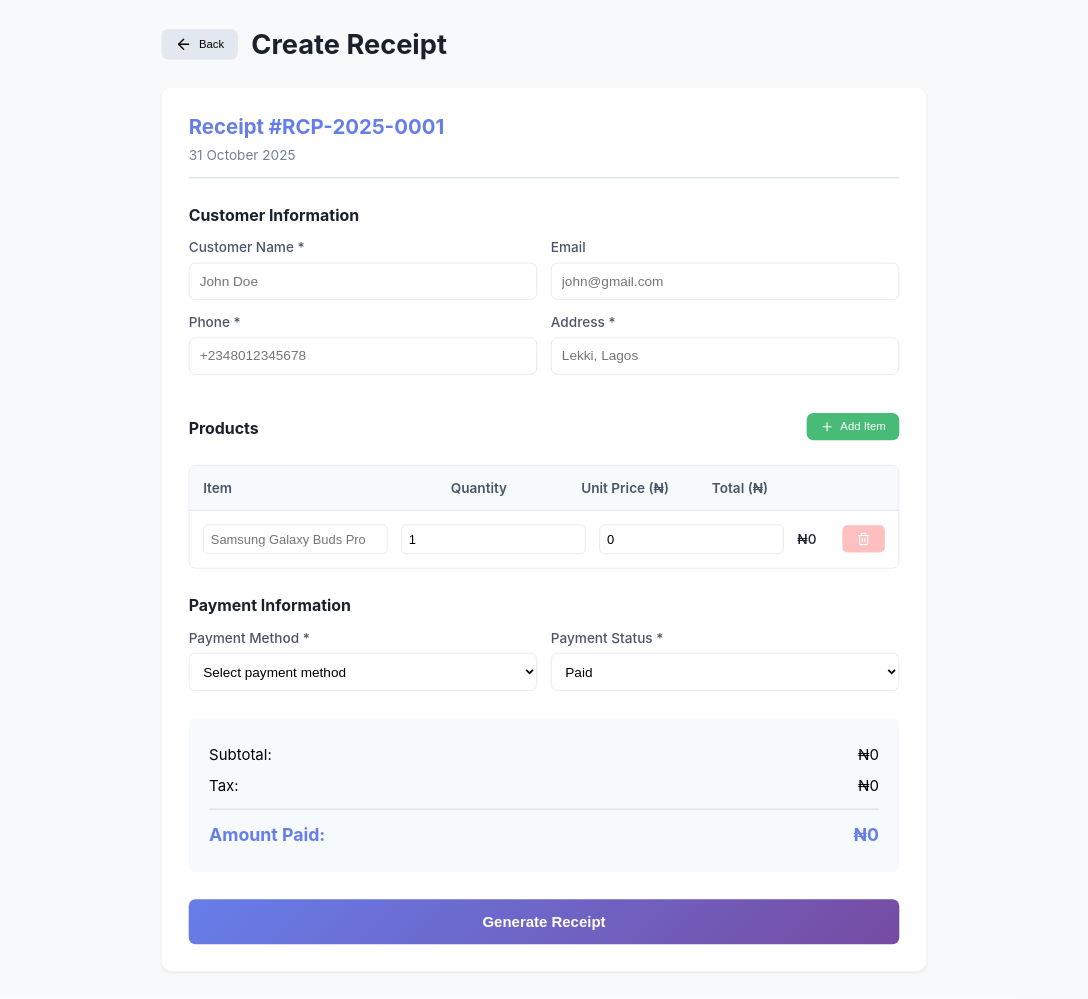
Repository: Manny1294/prescotech-receipt-generator
Page: /create
These files come from the project's save history. The page is drawn as it stood at one moment and after the next save; the edit follows.
The browser window is 1280 px wide. The pictures show the whole page, at 85% of full size.
The project was rebuilt for these pictures with package versions that can differ from the ones it lists, and the page was loaded fresh each time. Also part of the build but not shown: vite.config.js, src/stores/invoiceStore.js, src/components/ReceiptList.vue, src/views/HomeView.vue, src/components/ReceiptPreview.vue.

Above is the page before, as saved 2025-10-31 17:13:22.

### index.html
<!doctype html>
<html lang="">
  <head>
    <meta charset="UTF-8" />
    <link rel="icon" href="/favicon.ico" />
    <meta name="viewport" content="width=device-width, initial-scale=1.0" />
    <title>Presco Tech</title>
  </head>
  <body>
    <div id="app"></div>
    <script type="module" src="/src/main.js"></script>
  </body>
</html>

### src/App.vue
<template>
  <div id="app">
    <router-view />
  </div>
</template>

<script setup></script>

<style>
body {
  margin: 0;
  font-family: 'Inter', sans-serif;
  background-color: #f8f9fa;
}
</style>

### src/router/index.js
import { createRouter, createWebHistory } from 'vue-router'
import HomeView from '../views/HomeView.vue'
import CreateReceiptView from '../views/CreateReceiptView.vue'

const router = createRouter({
  history: createWebHistory(import.meta.env.BASE_URL),
  routes: [
    {
      path: '/',
      name: 'home',
      component: HomeView,
    },
    {
      path: '/create',
      name: 'create',
      component: CreateReceiptView,
    },
  ],
})

export default router

### src/views/CreateReceiptView.vue
<template>
  <div class="create-container">
    <div class="header">
      <button @click="goBack" class="btn-back">
        <ArrowLeftIcon :size="20" />
        Back
      </button>
      <h1>Create Receipt</h1>
    </div>

    <div v-if="!showPreview">
      <ReceiptForm
        :receipt-number="receiptNumber"
        :initial-data="receiptData"
        @generate="handleGenerate"
      />
    </div>

    <div v-else>
      <ReceiptPreview :receipt="receiptData" @back="showPreview = false" @save="handleSave" />
    </div>
  </div>
</template>

<script setup>
import { ref, onMounted } from 'vue'
import { useRouter } from 'vue-router'
import { ArrowLeft as ArrowLeftIcon } from 'lucide-vue-next'
import { useReceiptStore } from '../stores/receiptStore'
import ReceiptForm from '../components/ReceiptForm.vue'
import ReceiptPreview from '../components/ReceiptPreview.vue'

const router = useRouter()
const receiptStore = useReceiptStore()

const receiptNumber = ref('')
const showPreview = ref(false)
const receiptData = ref(null)

onMounted(() => {
  receiptNumber.value = receiptStore.generateReceiptNumber()
})

const goBack = () => {
  router.push('/')
}

const handleGenerate = (data) => {
  receiptData.value = data
  showPreview.value = true
}

const handleSave = async () => {
  const saved = await receiptStore.saveReceipt(receiptData.value)
  if (saved) {
    alert('Receipt saved successfully!')
    router.push('/')
  }
}
</script>

<style scoped>
.create-container {
  max-width: 900px;
  margin: 0 auto;
  padding: 2rem;
}

.header {
  display: flex;
  align-items: center;
  gap: 1rem;
  margin-bottom: 2rem;
}

.btn-back {
  background: #e2e8f0;
  border: none;
  padding: 0.5rem 1rem;
  border-radius: 8px;
  cursor: pointer;
  display: flex;
  align-items: center;
  gap: 0.5rem;
  font-weight: 500;
}

.btn-back:hover {
  background: #cbd5e0;
}

h1 {
  font-size: 2rem;
  color: #1a202c;
  margin: 0;
}
</style>

### src/stores/receiptStore.js
import { defineStore } from 'pinia'
import { ref } from 'vue'

export const useReceiptStore = defineStore('receipt', () => {
  const receipts = ref([])
  const currentReceipt = ref(null)

  const loadReceipts = async () => {
    try {
      const result = await window.storage.list('receipt:')
      if (result && result.keys) {
        const receiptData = await Promise.all(
          result.keys.map(async (key) => {
            try {
              const data = await window.storage.get(key)
              return data ? JSON.parse(data.value) : null
            } catch {
              return null
            }
          }),
        )
        receipts.value = receiptData.filter((rec) => rec !== null)
      }
    } catch (error) {
      console.log('No receipts yet')
    }
  }

  const generateReceiptNumber = () => {
    const year = new Date().getFullYear()
    const count = receipts.value.length + 1
    return `RCP-${year}-${String(count).padStart(4, '0')}`
  }

  const saveReceipt = async (receipt) => {
    try {
      await window.storage.set(`receipt:${receipt.receiptNumber}`, JSON.stringify(receipt))
      await loadReceipts()
      return true
    } catch (error) {
      console.error('Error saving receipt:', error)
      return false
    }
  }

  const deleteReceipt = async (receiptNumber) => {
    try {
      await window.storage.delete(`receipt:${receiptNumber}`)
      await loadReceipts()
      return true
    } catch (error) {
      console.error('Error deleting receipt:', error)
      return false
    }
  }

  return {
    receipts,
    currentReceipt,
    loadReceipts,
    generateReceiptNumber,
    saveReceipt,
    deleteReceipt,
  }
})

### src/components/ReceiptForm.vue
<template>
  <div class="form-container">
    <div class="receipt-header">
      <h2>Receipt #{{ receiptNumber }}</h2>
      <p class="date">{{ currentDate }}</p>
    </div>

    <form @submit.prevent="generateReceipt">
      <div class="section">
        <h3>Customer Information</h3>
        <div class="form-grid">
          <div class="form-group">
            <label>Customer Name *</label>
            <input v-model="formData.customerName" type="text" required placeholder="John Doe" />
          </div>
          <div class="form-group">
            <label>Email</label>
            <input v-model="formData.customerEmail" type="email" placeholder="john@gmail.com" />
          </div>
          <div class="form-group">
            <label>Phone *</label>
            <input
              v-model="formData.customerPhone"
              type="tel"
              required
              placeholder="+2348012345678"
            />
          </div>
          <div class="form-group">
            <label>Address *</label>
            <input
              v-model="formData.customerAddress"
              type="text"
              required
              placeholder="Lekki, Lagos"
            />
          </div>
        </div>
      </div>

      <div class="section">
        <div class="section-header">
          <h3>Products</h3>
          <button type="button" @click="addItem" class="btn-add">
            <PlusIcon :size="16" />
            Add Item
          </button>
        </div>

        <div class="items-table">
          <div class="table-header">
            <div>Item</div>
            <div>Quantity</div>
            <div>Unit Price (₦)</div>
            <div>Total (₦)</div>
            <div></div>
          </div>

          <div v-for="(item, index) in formData.items" :key="index" class="table-row">
            <input v-model="item.name" type="text" required placeholder="Samsung Galaxy Buds Pro" />
            <input v-model.number="item.quantity" type="number" min="1" required />
            <input
              v-model.number="item.price"
              type="number"
              min="0"
              required
              placeholder="120000"
            />
            <div class="total-cell">
              {{ formatCurrency(item.quantity * item.price) }}
            </div>
            <button
              type="button"
              @click="removeItem(index)"
              class="btn-remove"
              :disabled="formData.items.length === 1"
            >
              <Trash2Icon :size="16" />
            </button>
          </div>
        </div>
      </div>

      <div class="section">
        <h3>Payment Information</h3>
        <div class="form-grid">
          <div class="form-group">
            <label>Payment Method *</label>
            <select v-model="formData.paymentMethod" required>
              <option value="">Select payment method</option>
              <option value="Cash">Cash</option>
              <option value="Bank Transfer">Bank Transfer</option>
              <option value="POS">POS</option>
              <option value="Mobile Money">Mobile Money</option>
              <option value="USSD">USSD</option>
            </select>
          </div>
          <div class="form-group">
            <label>Payment Status *</label>
            <select v-model="formData.paymentStatus" required>
              <option value="Paid">Paid</option>
              <option value="Partial">Partial Payment</option>
            </select>
          </div>
        </div>
      </div>

      <div class="totals">
        <div class="total-row">
          <span>Subtotal:</span>
          <span>{{ formatCurrency(calculateSubtotal()) }}</span>
        </div>
        <div class="total-row">
          <span>Tax:</span>
          <span>₦0</span>
        </div>
        <div class="total-row grand-total">
          <span>Amount Paid:</span>
          <span>{{ formatCurrency(calculateSubtotal()) }}</span>
        </div>
      </div>

      <button type="submit" class="btn-generate">Generate Receipt</button>
    </form>
  </div>
</template>

<script setup>
import { ref, computed } from 'vue'
import { Plus as PlusIcon, Trash2 as Trash2Icon } from 'lucide-vue-next'

const props = defineProps({
  receiptNumber: String,
  initialData: Object,
})

const emit = defineEmits(['generate'])

const formData = ref({
  customerName: '',
  customerEmail: '',
  customerPhone: '',
  customerAddress: '',
  items: [{ name: '', quantity: 1, price: 0 }],
  paymentMethod: '',
  paymentStatus: 'Paid',
})

// Load initial data if editing
if (props.initialData) {
  formData.value = {
    customerName: props.initialData.customer.name,
    customerEmail: props.initialData.customer.email,
    customerPhone: props.initialData.customer.phone,
    customerAddress: props.initialData.customer.address,
    items: props.initialData.items.map((item) => ({ ...item })),
    paymentMethod: props.initialData.paymentMethod,
    paymentStatus: props.initialData.paymentStatus,
  }
}

const currentDate = computed(() => {
  return new Date().toLocaleDateString('en-NG', {
    year: 'numeric',
    month: 'long',
    day: 'numeric',
  })
})

const addItem = () => {
  formData.value.items.push({ name: '', quantity: 1, price: 0 })
}

const removeItem = (index) => {
  if (formData.value.items.length > 1) {
    formData.value.items.splice(index, 1)
  }
}

const calculateSubtotal = () => {
  return formData.value.items.reduce((sum, item) => {
    return sum + item.quantity * item.price
  }, 0)
}

const formatCurrency = (amount) => {
  return `₦${amount.toLocaleString('en-NG')}`
}

const generateReceipt = () => {
  const receipt = {
    receiptNumber: props.receiptNumber,
    date: new Date().toISOString(),
    customer: {
      name: formData.value.customerName,
      email: formData.value.customerEmail,
      phone: formData.value.customerPhone,
      address: formData.value.customerAddress,
    },
    items: formData.value.items,
    paymentMethod: formData.value.paymentMethod,
    paymentStatus: formData.value.paymentStatus,
    subtotal: calculateSubtotal(),
    tax: 0,
    total: calculateSubtotal(),
  }

  emit('generate', receipt)
}
</script>

<style scoped>
.form-container {
  background: white;
  border-radius: 12px;
  padding: 2rem;
  box-shadow: 0 1px 3px rgba(0, 0, 0, 0.1);
}

.receipt-header {
  margin-bottom: 2rem;
  padding-bottom: 1rem;
  border-bottom: 2px solid #e2e8f0;
}

.receipt-header h2 {
  color: #667eea;
  margin: 0 0 0.5rem 0;
}

.date {
  color: #718096;
  margin: 0;
}

.section {
  margin-bottom: 2rem;
}

.section h3 {
  color: #1a202c;
  margin-bottom: 1rem;
}

.section-header {
  display: flex;
  justify-content: space-between;
  align-items: center;
  margin-bottom: 1rem;
}

.form-grid {
  display: grid;
  grid-template-columns: repeat(2, 1fr);
  gap: 1rem;
}

.form-group {
  display: flex;
  flex-direction: column;
}

.form-group label {
  font-weight: 500;
  margin-bottom: 0.5rem;
  color: #4a5568;
}

.form-group input {
  padding: 0.75rem;
  border: 1px solid #e2e8f0;
  border-radius: 8px;
  font-size: 1rem;
}

.form-group select {
  padding: 0.75rem;
  border: 1px solid #e2e8f0;
  border-radius: 8px;
  font-size: 1rem;
  background: white;
  cursor: pointer;
}

.form-group input:focus,
.form-group select:focus {
  outline: none;
  border-color: #667eea;
}

.btn-add {
  background: #48bb78;
  color: white;
  border: none;
  padding: 0.5rem 1rem;
  border-radius: 8px;
  cursor: pointer;
  display: flex;
  align-items: center;
  gap: 0.5rem;
  font-weight: 500;
}

.btn-add:hover {
  background: #38a169;
}

.items-table {
  border: 1px solid #e2e8f0;
  border-radius: 8px;
  overflow: hidden;
}

.table-header {
  display: grid;
  grid-template-columns: 2fr 1fr 1fr 1fr 50px;
  gap: 1rem;
  padding: 1rem;
  background: #f7fafc;
  font-weight: 600;
  color: #4a5568;
}

.table-row {
  display: grid;
  grid-template-columns: 2fr 1fr 1fr 1fr 50px;
  gap: 1rem;
  padding: 1rem;
  border-top: 1px solid #e2e8f0;
  align-items: center;
}

.table-row input {
  padding: 0.5rem;
  border: 1px solid #e2e8f0;
  border-radius: 6px;
  font-size: 0.95rem;
}

.table-row input:focus {
  outline: none;
  border-color: #667eea;
}

.total-cell {
  font-weight: 500;
  color: #1a202c;
}

.btn-remove {
  background: #fc8181;
  color: white;
  border: none;
  padding: 0.5rem;
  border-radius: 6px;
  cursor: pointer;
  display: flex;
  align-items: center;
  justify-content: center;
}

.btn-remove:hover:not(:disabled) {
  background: #f56565;
}

.btn-remove:disabled {
  opacity: 0.5;
  cursor: not-allowed;
}

.totals {
  background: #f7fafc;
  padding: 1.5rem;
  border-radius: 8px;
  margin-top: 2rem;
}

.total-row {
  display: flex;
  justify-content: space-between;
  padding: 0.5rem 0;
  font-size: 1.1rem;
}

.grand-total {
  border-top: 2px solid #e2e8f0;
  margin-top: 0.5rem;
  padding-top: 1rem;
  font-weight: 700;
  font-size: 1.3rem;
  color: #667eea;
}

.btn-generate {
  width: 100%;
  background: linear-gradient(135deg, #667eea 0%, #764ba2 100%);
  color: white;
  border: none;
  padding: 1rem 2rem;
  border-radius: 8px;
  font-size: 1.1rem;
  font-weight: 600;
  cursor: pointer;
  margin-top: 2rem;
}

.btn-generate:hover {
  opacity: 0.9;
}
</style>

Loaded but not shown: src/main.js (common file)

After the next save:
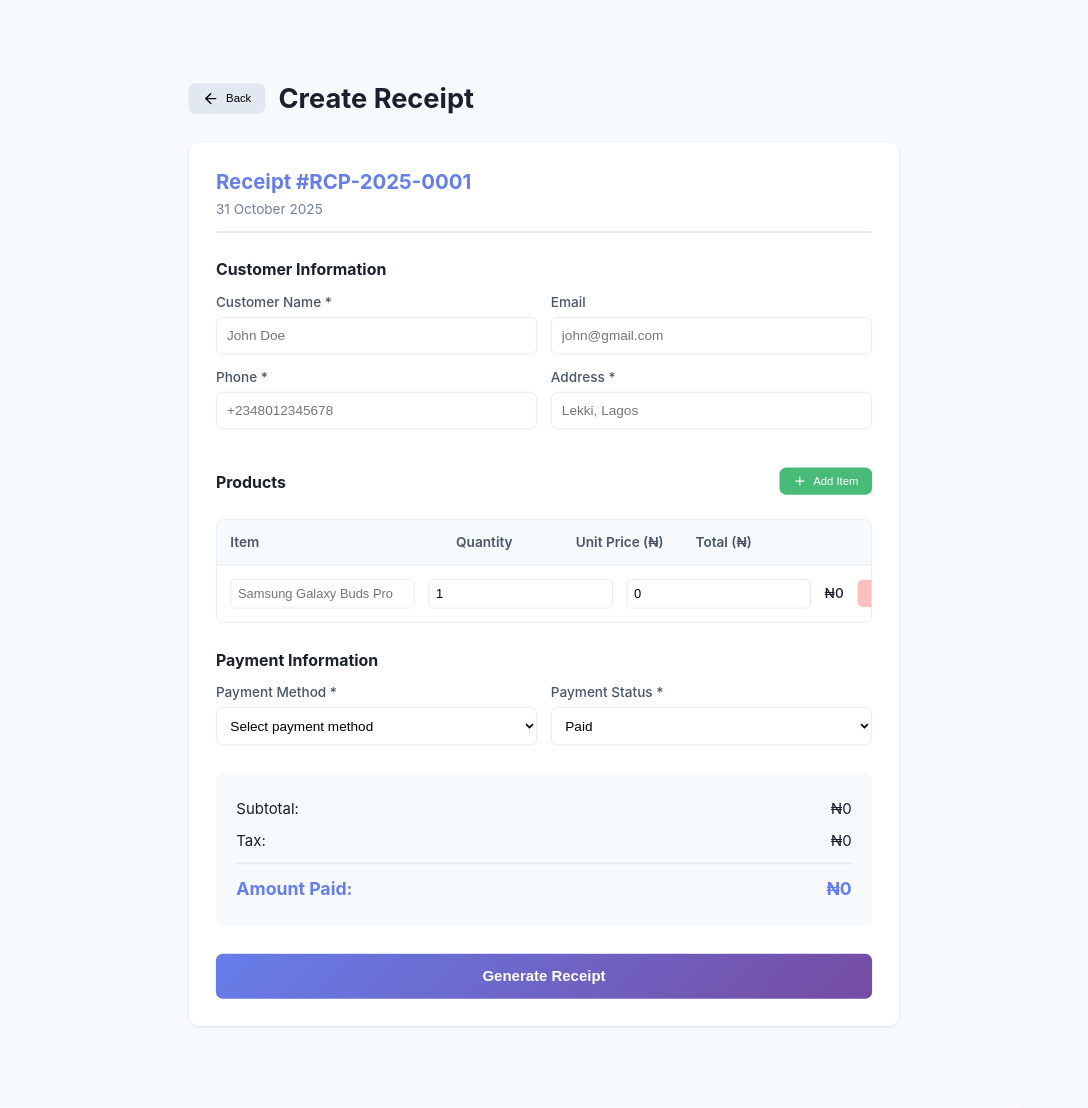
Saved 96 s later.
--- a/src/App.vue
+++ b/src/App.vue
@@ -1,15 +1,28 @@
 <template>
   <div id="app">
-    <router-view />
+    <RouterView />
   </div>
 </template>
 
-<script setup></script>
+<script setup>
+import { RouterView } from 'vue-router'
+</script>
 
 <style>
+* {
+  box-sizing: border-box;
+}
+
 body {
   margin: 0;
-  font-family: 'Inter', sans-serif;
-  background-color: #f8f9fa;
+  font-family:
+    -apple-system, BlinkMacSystemFont, 'Segoe UI', Roboto, Oxygen, Ubuntu, Cantarell, sans-serif;
+  background: #f7fafc;
+  color: #1a202c;
+}
+
+#app {
+  min-height: 100vh;
+  padding: 2rem 1rem;
 }
 </style>
